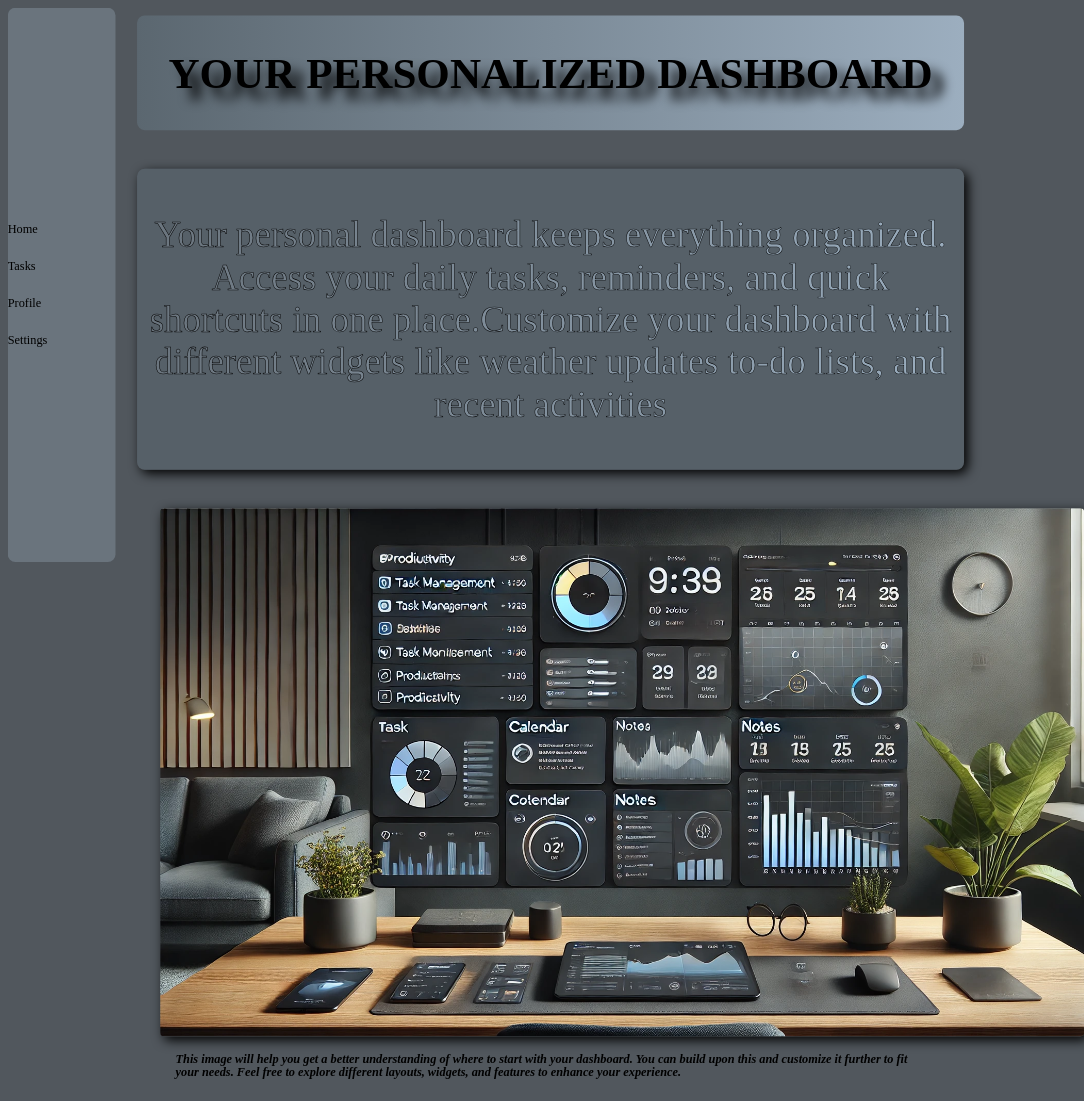
Repository: Parnicoza/testecomplete
Page: testcomplet-14.html
These files come from the project's save history. The page is drawn as it stood at one moment and after the next save; the edit follows.
The browser window is 1280 px wide. The page is 1408 px wide, so the pictures cover 1408 px, including what lies to the right of the window. The pictures show the whole page, at 77% of full size.

Above is the page before, as saved 2025-02-27 16:33:46.

### testcomplet-14.html
<!DOCTYPE html>
<html lang="en">

<head>
    <title>Personal Dashboard</title>
    <link rel="stylesheet" href="stilizaretestcomplet-14.css">
    <link rel="icon" href="imaginitestecomplete/dashboard.ico">
</head>

<body>
    <div class="background-for-the-heading">
        <h1 class="main-heading">Your Personalized Dashboard</h1>
    </div>

    <div class="thesamebackground">
        <p class="paragraph-gradient">Your personal dashboard keeps everything organized. Access your daily tasks,
            reminders, and quick shortcuts in one place.Customize your dashboard with different widgets like weather
            updates to-do lists, and recent activities</p>
    </div>

    <div class="divimage">
        <figure>
            <img src="imaginitestecomplete/productivity.jpg" alt="productivity image" width="1200" class="image" title="Productivity image" usemap="#dashboard-map">
            <map name="dashboard-map">
                <area shape="rect" coords="341,127,487,280" href="https://blog.productivity.directory/" alt="Productivity blog" target="_blank">
                <area shape="rect" coords="670,134,825,280" href="https://blog.productivity.directory/" alt="Productivity blog" target="_blank">
            </map>
            <figcaption class="figcaption">This image will help you get a better understanding of where to start with
                your dashboard.
                You can build upon this and customize it further to fit your needs.
                Feel free to explore different layouts, widgets, and features to enhance your experience.
            </figcaption>
        </figure>
    </div>

    <div class="Dashboard">
        <div class="sidebar">
            <ul class="list">
                <li>Home</li>
                <li>Tasks</li>
                <li>Profile</li>
                <li>Settings</li>
            </ul>
        </div>
    </div>
</body>

</html>

### stilizaretestcomplet-14.css
body{
    background-color:#51575D;
}

.main-heading{
    text-align: center;
    text-transform: uppercase;
    text-shadow: 15px 15px 15px black;
    font-size: 3.5em;
    color: black;
}

.background-for-the-heading{
    background: linear-gradient(to right, #5B6770, #9CAEBF);
    margin: 20px;
    padding: 5px;
    border-radius: 10px;
    margin-left: 170px;
}

.thesamebackground{
    background-color: rgba(91, 103, 112, 0.6) ;
    margin-left: 170px;
    margin-top: 50px;
    text-align: center;
    padding: 10px;
    border-radius: 10px;
    box-shadow: 5px 5px 15px black;
    margin-right: 20px;
}

.paragraph-gradient{
    background: linear-gradient(to right, #6A747D, #9BAEBF);
    background-clip: text;
    color: transparent;
    font-size: 3em;
    -webkit-text-stroke: 0.7px black;
    text-align: center;
}

.quote{
    border: 1px dotted black;
    padding: 10px;
    margin-left: 150px;
}

.divider{
    border: none;
    height: 4px;
    background-color: lightgray;
    border: 3px dotted black;
    margin: 14px;
    margin-left: 150px;
}

.image{
    border-radius: 5px;
    box-shadow: 5px 5px 15px black;
    display: block;
    margin: 0 auto;
}

.picture{
    margin-left: 160px;
}

.Dashboard{
    display: flex;
}

.sidebar{
    display: flex;
    flex-direction: column;
   width: 140px;
   position: fixed;
   left: 0;
   top: 0;
   height: 100vh;
   justify-content: center;
   margin: 10px;
   background-color: #6A747D;
    border-radius: 10px;
    box-shadow: -5px -5px -15px black;

}

.list{
    list-style-type: none;
    display: flex;
    flex-direction: column;
    gap: 30px;
    padding: 0;
}

.container{
    margin-left: 160px;
}

.divimage{
    display: block;
    margin-left: 160px;
    margin-top: 50px;

}

.figcaption{
    font-style: italic;
    font-weight: bold;
    margin: 20px;
}

After the next save:
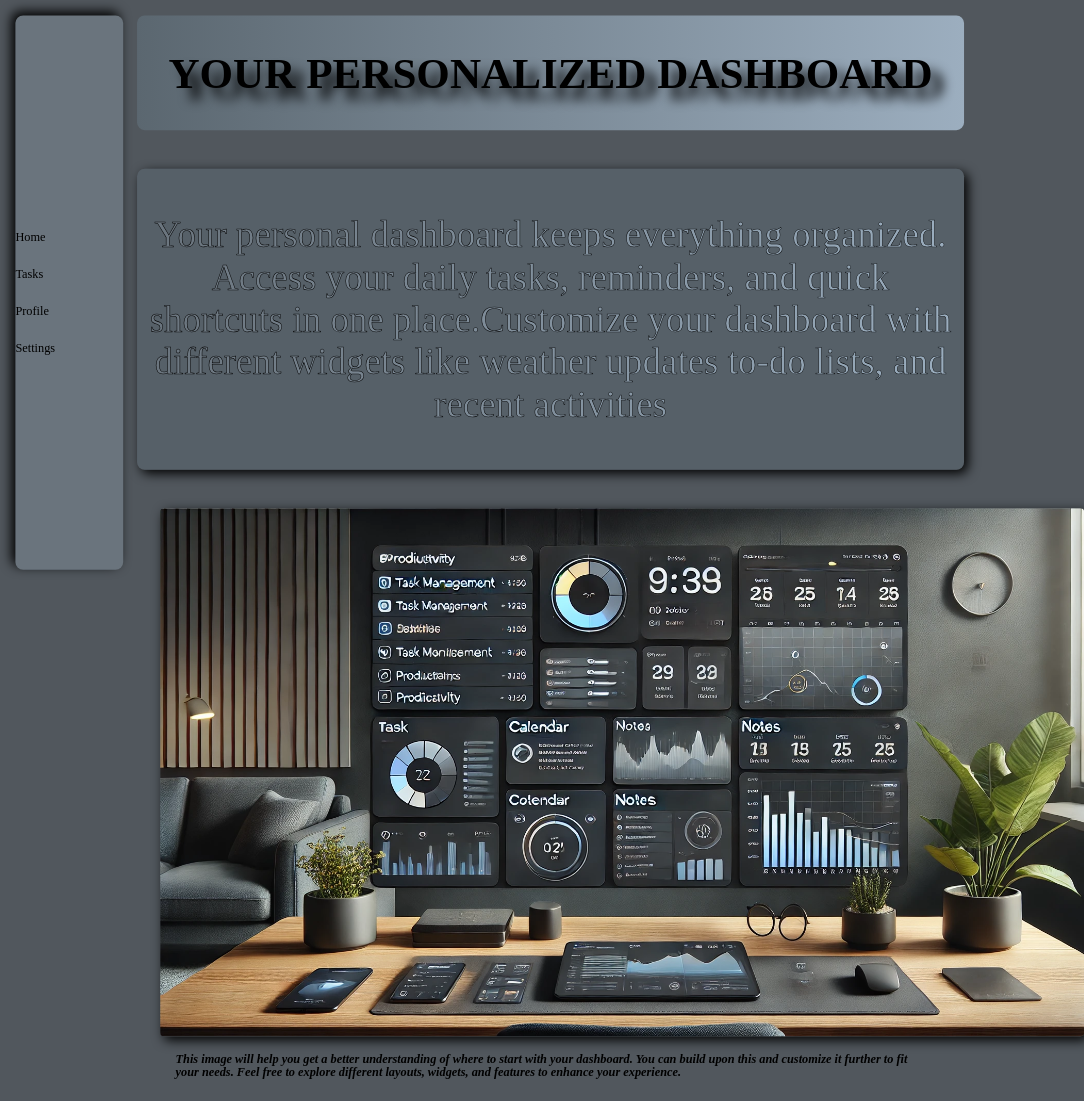
Saved 39 s later.
--- a/stilizaretestcomplet-14.css
+++ b/stilizaretestcomplet-14.css
@@ -77,10 +77,10 @@ body{
    top: 0;
    height: 100vh;
    justify-content: center;
-   margin: 10px;
+   margin: 20px;
    background-color: #6A747D;
     border-radius: 10px;
-    box-shadow: -5px -5px -15px black;
+    box-shadow: -5px -5px 15px black;
 
 }
 
